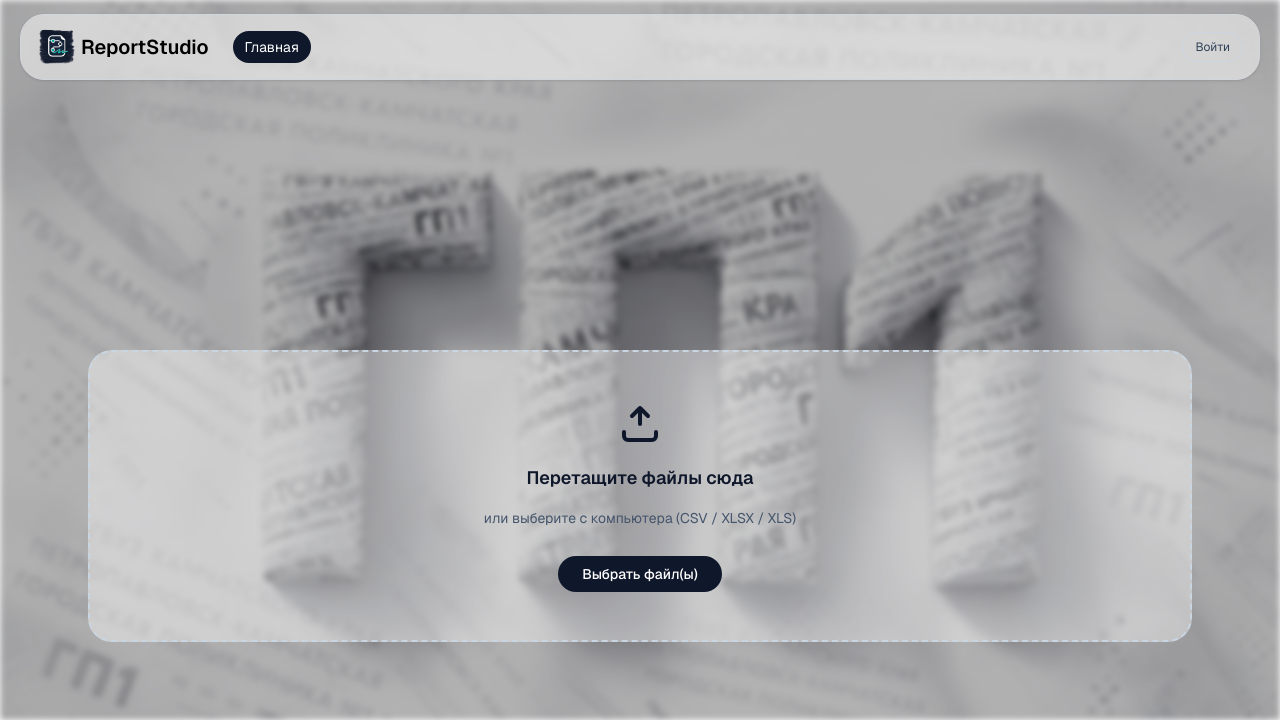
Repository: vladzap2423/report_studio_v2
Page: /
An editor plug-in stored every save of this project. The page is shown before and after the next save, followed by the edit.
The browser window is 1280 px wide. The pictures show the whole page.
The page's requests for data from a server got no answer. An inner scrolling area shows only its first screen. The project was rebuilt for these pictures with package versions that can differ from the ones it lists, and the page was loaded fresh each time. The framework's server and built-in components were replaced by stand-ins that run in the browser. No one was signed in, and anything a server would have sent is missing. Also part of the build but not shown: next.config.ts, src/app/components/AppToastViewport.tsx, src/app/components/ScriptsList.tsx.

Above is the page before, as saved 2026-04-17 09:53:40.

### src/app/layout.tsx
import type { Metadata } from "next";
import { Geist, Geist_Mono } from "next/font/google";
import "./globals.css"
import Header from "./components/Header";
import { AppToastProvider } from "./components/AppToastProvider";

const geistSans = Geist({
  variable: "--font-geist-sans",
  subsets: ["latin"],
});

const geistMono = Geist_Mono({
  variable: "--font-geist-mono",
  subsets: ["latin"],
});

export const metadata: Metadata = {
  title: "ГП1 Платформа",
  description: "Платформа ГП1",
};

export default function RootLayout({
  children,
}: Readonly<{
  children: React.ReactNode;
}>) {
  return (
    <html lang="ru">
      <body className={`${geistSans.variable} ${geistMono.variable} antialiased`}>
        <AppToastProvider>
          <div className="app-shell">
            <Header
              title="ReportStudio"
              links={[
                { label: "Главная", href: "/" },
                { label: "Задачи", href: "/tasks" },
                { label: "Админ", href: "/admin" },
              ]}
            />

            <main className="app-main-slot">
              <div className="app-main-frame app-page">{children}</div>
            </main>
          </div>
        </AppToastProvider>
      </body>
    </html>
  );
}

### src/app/page.tsx
"use client";
import { useState } from "react";
import DropZone from "./components/DropZone";
import ScriptsList from "./components/ScriptsList";

export default function HomePage() {
  const [files, setFiles] = useState<File[]>([]);
  const [showDrop, setShowDrop] = useState(true);

  const handleFilesPicked = (picked: File[]) => {
    setFiles(picked);
    setShowDrop(false);
  };

  const resetFiles = () => {
    setFiles([]);
    setShowDrop(true);
  };

  return (
      <div className="mx-auto max-w-6xl px-6 py-14 w-full">
        {showDrop ? (
          <DropZone onFilesPicked={handleFilesPicked} />
        ) : (
          <>
            <button onClick={resetFiles} className="mb-6 rounded-2xl bg-slate-900 px-5 py-3 text-white">
              Загрузить новый файл
            </button>
            <ScriptsList files={files} />
          </>
        )}
      </div>
  );
}

### src/app/globals.css
@import "tailwindcss";

:root {
  --background: #ffffff;
  --foreground: #171717;
  --app-max-width: 1400px;
  --app-main-max-width: 1680px;
  --app-gutter: 16px;
  --app-header-py: 12px;
  --app-content-py: 12px;
  color-scheme: light;
}

@theme inline {
  --color-background: var(--background);
  --color-foreground: var(--foreground);
  --font-sans: var(--font-geist-sans);
  --font-mono: var(--font-geist-mono);
}

html,
body {
  height: 100%;
}

body {
  margin: 0;
  background: var(--background);
  color: var(--foreground);
  font-family: var(--font-geist-sans), "Segoe UI", sans-serif;
  position: relative;
  overflow: hidden;
}

body::before {
  content: "";
  position: fixed;
  inset: 0;
  background-image: url("/fon.png");
  background-size: cover;
  background-position: center;
  background-repeat: no-repeat;
  filter: blur(3px) brightness(0.7);
  z-index: -1;
}

.app-shell {
  height: 100dvh;
  display: flex;
  flex-direction: column;
  overflow: hidden;
}

.app-frame {
  width: min(var(--app-max-width), calc(100% - (var(--app-gutter) * 2)));
  margin-inline: auto;
}

.app-main-frame {
  width: min(var(--app-main-max-width), calc(100% - (var(--app-gutter) * 2)));
  margin-inline: auto;
}

.app-header {
  flex: 0 0 auto;
  padding-block: var(--app-header-py);
}

.app-main-slot {
  flex: 1 1 auto;
  min-height: 0;
  padding-bottom: var(--app-content-py);
}

.app-page {
  height: 100%;
  overflow: auto;
}

@media (min-width: 1024px) {
  :root {
    --app-gutter: 20px;
    --app-header-py: 14px;
    --app-content-py: 14px;
  }
}

### src/app/components/Header.tsx
"use client";

import React, { useEffect, useMemo, useState } from "react";
import Link from "next/link";
import { usePathname } from "next/navigation";
import { hasRequiredRole, type UserRole } from "@/lib/roles";

type HeaderLink = {
  label: string;
  href: string;
};

type HeaderProps = {
  title?: string;
  links?: HeaderLink[];
};

type CurrentUser = {
  id: number;
  name: string;
  username: string;
  role: UserRole;
};

const Header: React.FC<HeaderProps> = ({ title = "ГП1 Платформа", links = [] }) => {
  const pathname = usePathname();
  const [user, setUser] = useState<CurrentUser | null>(null);

  useEffect(() => {
    let cancelled = false;

    const loadCurrentUser = async () => {
      try {
        const res = await fetch("/api/auth/me", { cache: "no-store" });
        if (!res.ok) return;
        const data = (await res.json()) as { user?: CurrentUser | null };
        if (!cancelled) {
          setUser(data.user || null);
        }
      } catch {
        // ignore
      }
    };

    if (pathname !== "/login") {
      loadCurrentUser();
    }

    return () => {
      cancelled = true;
    };
  }, [pathname]);

  const visibleLinks = useMemo(() => {
    return links.filter((link) => {
      if (link.href === "/admin") {
        return user ? hasRequiredRole(user.role, "admin") : false;
      }
      if (link.href === "/tasks") {
        return Boolean(user);
      }
      return true;
    });
  }, [links, user]);

  const handleLogout = async () => {
    try {
      await fetch("/api/auth/logout", { method: "POST" });
    } finally {
      window.location.href = "/login";
    }
  };

  return (
    <header className="app-header app-frame w-full">
      <div className="flex w-full items-center justify-between rounded-3xl border border-gray-300 bg-white/50 px-4 py-3 shadow-sm">
        <div className="flex items-center space-x-6">
          <div className="flex shrink-0 items-center gap-1">
            <img
              src="/icon.png"
              alt=""
              className="h-10 w-10"
            />
            <div className="text-xl font-semibold text-black">{title}</div>
          </div>

          <nav className="flex space-x-2">
            {visibleLinks.map((link) => {
              const isActive = pathname === link.href;
              return (
                <Link
                  key={link.href}
                  href={link.href}
                  className={`rounded-3xl px-3 py-1.5 text-sm transition-colors ${
                    isActive ? "bg-slate-900 text-white" : "text-black hover:bg-gray-100"
                  }`}
                >
                  {link.label}
                </Link>
              );
            })}
          </nav>
        </div>

        {user ? (
          <div className="flex items-center gap-3">
            <span className="rounded-full bg-slate-100 px-3 py-1 text-xs text-slate-700">
              {user.name} ({user.role})
            </span>
            <button
              type="button"
              onClick={handleLogout}
              className="rounded-2xl border border-slate-300 px-3 py-1.5 text-xs text-slate-700 hover:bg-slate-100"
            >
              Выйти
            </button>
          </div>
        ) : (
          <Link
            href="/login"
            className="rounded-2xl border border-slate-300 px-3 py-1.5 text-xs text-slate-700 hover:bg-slate-100"
          >
            Войти
          </Link>
        )}
      </div>
    </header>
  );
};

export default Header;

### src/app/components/AppToastProvider.tsx
"use client";

import {
  createContext,
  useCallback,
  useContext,
  useEffect,
  useMemo,
  useRef,
  useState,
  type ReactNode,
} from "react";
import AppToastViewport, { type AppToastItem, type AppToastTone } from "./AppToastViewport";

type AppToastOptions = {
  duration?: number;
  tone?: AppToastTone;
};

type AppToastContextValue = {
  dismissToast: (id: string) => void;
  pushToast: (message: string, options?: AppToastOptions) => void;
  showError: (message: string, duration?: number) => void;
  showInfo: (message: string, duration?: number) => void;
  showSuccess: (message: string, duration?: number) => void;
};

type ToastSyncOptions = {
  error?: string | null;
  errorDuration?: number;
  clearError?: () => void;
  message?: string | null;
  messageDuration?: number;
  messageTone?: AppToastTone;
  clearMessage?: () => void;
};

const AppToastContext = createContext<AppToastContextValue | null>(null);

function getDefaultDuration(tone: AppToastTone) {
  return tone === "error" ? 5200 : 3200;
}

export function AppToastProvider({ children }: { children: ReactNode }) {
  const [items, setItems] = useState<AppToastItem[]>([]);
  const nextIdRef = useRef(1);
  const timeoutsRef = useRef<Map<string, number>>(new Map());
  const lastToastRef = useRef<{ at: number; message: string; tone: AppToastTone } | null>(null);

  const dismissToast = useCallback((id: string) => {
    const timeoutId = timeoutsRef.current.get(id);
    if (timeoutId) {
      window.clearTimeout(timeoutId);
      timeoutsRef.current.delete(id);
    }

    setItems((prev) => prev.filter((item) => item.id !== id));
  }, []);

  const pushToast = useCallback(
    (message: string, options?: AppToastOptions) => {
      const normalized = message.trim();
      if (!normalized) return;

      const tone = options?.tone ?? "info";
      const now = Date.now();
      const lastToast = lastToastRef.current;

      if (
        lastToast &&
        lastToast.message === normalized &&
        lastToast.tone === tone &&
        now - lastToast.at < 300
      ) {
        return;
      }

      lastToastRef.current = { at: now, message: normalized, tone };

      const id = `toast:${nextIdRef.current++}`;
      setItems((prev) => [
        ...prev.slice(-3),
        {
          id,
          tone,
          message: normalized,
          onClose: () => dismissToast(id),
        },
      ]);

      const timeoutId = window.setTimeout(
        () => dismissToast(id),
        options?.duration ?? getDefaultDuration(tone)
      );
      timeoutsRef.current.set(id, timeoutId);
    },
    [dismissToast]
  );

  useEffect(() => {
    return () => {
      timeoutsRef.current.forEach((timeoutId) => window.clearTimeout(timeoutId));
      timeoutsRef.current.clear();
    };
  }, []);

  const value = useMemo<AppToastContextValue>(
    () => ({
      dismissToast,
      pushToast,
      showError: (message, duration) => pushToast(message, { tone: "error", duration }),
      showInfo: (message, duration) => pushToast(message, { tone: "info", duration }),
      showSuccess: (message, duration) => pushToast(message, { tone: "success", duration }),
    }),
    [dismissToast, pushToast]
  );

  return (
    <AppToastContext.Provider value={value}>
      {children}
      <AppToastViewport items={items} />
    </AppToastContext.Provider>
  );
}

export function useAppToast() {
  const context = useContext(AppToastContext);
  if (!context) {
    throw new Error("useAppToast must be used within AppToastProvider");
  }
  return context;
}

export function useToastSync({
  error,
  errorDuration,
  clearError,
  message,
  messageDuration,
  messageTone = "success",
  clearMessage,
}: ToastSyncOptions) {
  const { pushToast } = useAppToast();
  const handledMessageRef = useRef<string | null>(null);
  const handledErrorRef = useRef<string | null>(null);

  useEffect(() => {
    if (!message) {
      handledMessageRef.current = null;
      return;
    }

    if (handledMessageRef.current === message) return;
    handledMessageRef.current = message;
    pushToast(message, { tone: messageTone, duration: messageDuration });
    clearMessage?.();
  }, [clearMessage, message, messageDuration, messageTone, pushToast]);

  useEffect(() => {
    if (!error) {
      handledErrorRef.current = null;
      return;
    }

    if (handledErrorRef.current === error) return;
    handledErrorRef.current = error;
    pushToast(error, { tone: "error", duration: errorDuration });
    clearError?.();
  }, [clearError, error, errorDuration, pushToast]);
}

### src/app/components/DropZone.tsx
"use client";

import { useRef, useState, DragEvent, ChangeEvent, useCallback } from "react";

type DropZoneProps = {
  accept?: string;
  onFilesPicked: (files: File[]) => void;
};

export default function DropZone({ accept = ".csv,.xlsx,.xls", onFilesPicked }: DropZoneProps) {
  const dragDepth = useRef(0);
  const inputRef = useRef<HTMLInputElement | null>(null);

  const [isDragging, setIsDragging] = useState(false);
  const [error, setError] = useState<string | null>(null);
  const [files, setFiles] = useState<File[]>([]);

  const validateFiles = useCallback((picked: File[]) => {
    if (!picked.length) return "Файл не выбран";
    const bad = picked.find(f => ![".csv", ".xlsx", ".xls"].some(ext => f.name.toLowerCase().endsWith(ext)));
    if (bad) return `Файл "${bad.name}" не поддерживается. Разрешены CSV / XLSX / XLS.`;

    const total = picked.reduce((s, f) => s + f.size, 0);
    if (total > 200 * 1024 * 1024) return "Слишком большой объём. Максимум 200MB.";
    return null;
  }, []);

  const handlePicked = useCallback((picked: File[]) => {
    const err = validateFiles(picked);
    if (err) {
      setError(err);
      setFiles([]);
      return;
    }
    setError(null);
    setFiles(picked);
    onFilesPicked(picked);
  }, [onFilesPicked, validateFiles]);

  const onPickClick = () => inputRef.current?.click();

  const onDrop = (e: DragEvent<HTMLDivElement>) => {
    e.preventDefault();
    dragDepth.current = 0;
    setIsDragging(false);
    const picked = Array.from(e.dataTransfer.files || []);
    if (!picked.length) return;
    handlePicked(picked);
  };

  return (
    <div className="flex flex-col gap-6 py-50">
      <div
        onDragEnter={e => { e.preventDefault(); dragDepth.current += 1; setIsDragging(true); }}
        onDragOver={e => e.preventDefault()}
        onDragLeave={e => { e.preventDefault(); dragDepth.current -= 1; if (dragDepth.current <= 0) setIsDragging(false); }}
        onDrop={onDrop}
        className={`
    relative flex flex-col items-center justify-center gap-4 rounded-3xl border-2 border-dashed p-12 transition-all duration-300
    ${isDragging ? "border-emerald-400 bg-white/20 shadow-lg" : "border-slate-300 bg-white/40 hover:border-slate-400 hover:shadow-md"}
  `}
      >
        <svg className="w-12 h-12 text-slate-900" fill="none" stroke="currentColor" viewBox="0 0 24 24">
          <path strokeWidth={2} strokeLinecap="round" strokeLinejoin="round" d="M4 16v2a2 2 0 002 2h12a2 2 0 002-2v-2M12 12v-8m0 0L8 8m4-4l4 4" />
        </svg>
        <p className="text-lg font-semibold text-slate-900">Перетащите файлы сюда</p>
        <p className="text-sm text-slate-600">или выберите с компьютера (CSV / XLSX / XLS)</p>

        <button
          type="button"
          onClick={onPickClick}
          className="mt-3 rounded-full bg-slate-900 px-6 py-2 text-white text-sm font-medium hover:bg-slate-800 active:bg-slate-900"
        >
          Выбрать файл(ы)
        </button>

        <input
          ref={inputRef}
          type="file"
          accept={accept}
          multiple
          className="hidden"
          onChange={(e: ChangeEvent<HTMLInputElement>) => {
            const picked = Array.from(e.target.files || []);
            if (!picked.length) return;
            handlePicked(picked);
          }}
        />
      </div>

      {error && (
        <div className="rounded-lg border border-rose-200 bg-rose-50 px-4 py-3 text-sm text-rose-700">
          {error}
        </div>
      )}

      {files.length > 0 && (
        <div className="flex flex-col gap-2 mt-4">
          {files.map((f, idx) => (
            <div
              key={idx}
              className="flex items-center justify-between rounded-xl border border-slate-200 bg-slate-50 px-4 py-2 text-sm text-slate-700"
            >
              <span className="font-medium">{f.name}</span>
              <span className="text-xs text-slate-500">{(f.size / 1024 / 1024).toFixed(2)} MB</span>
            </div>
          ))}
        </div>
      )}
    </div>
  );
}

### src/lib/roles.ts
export type UserRole = "user" | "admin" | "god";

const ROLE_PRIORITY: Record<UserRole, number> = {
  user: 1,
  admin: 2,
  god: 3,
};

export function hasRequiredRole(role: UserRole, required: UserRole): boolean {
  return ROLE_PRIORITY[role] >= ROLE_PRIORITY[required];
}

After the next save:
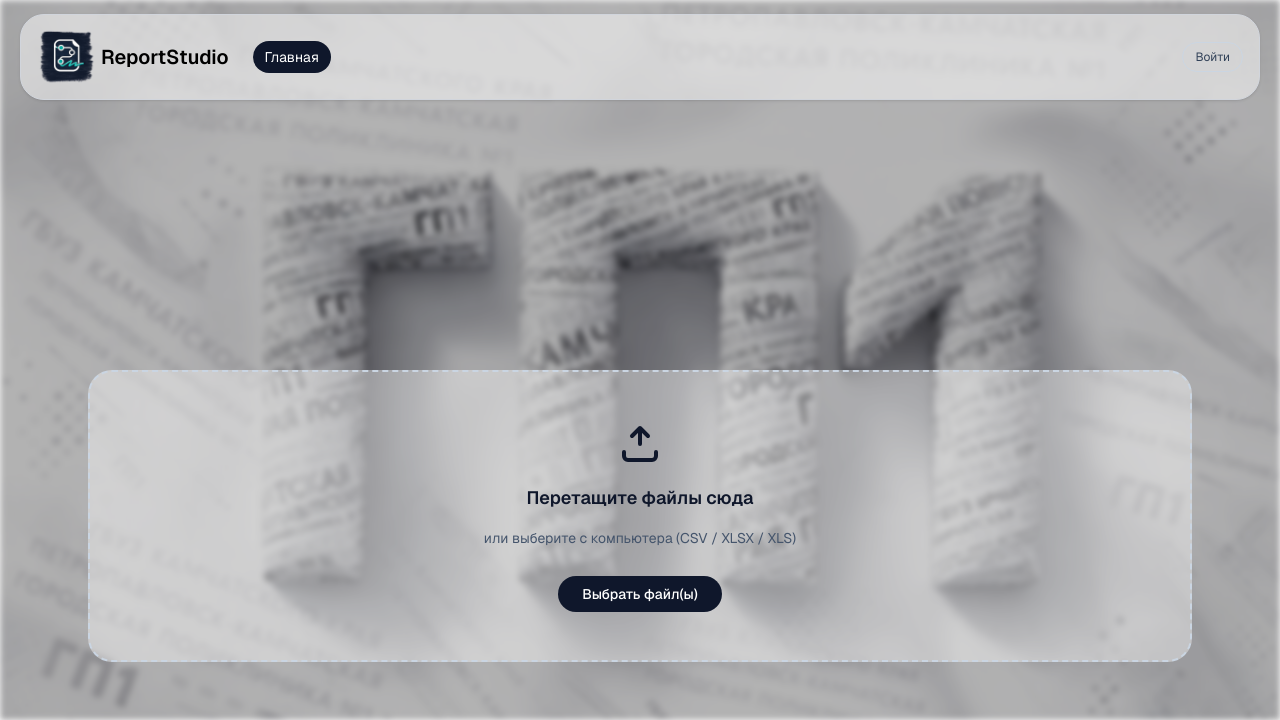
Saved 5 s later.
--- a/src/app/components/Header.tsx
+++ b/src/app/components/Header.tsx
@@ -79,7 +79,7 @@
             <img
               src="/icon.png"
               alt=""
-              className="h-10 w-10"
+              className="h-15 w-15"
             />
             <div className="text-xl font-semibold text-black">{title}</div>
           </div>

After the save that followed:
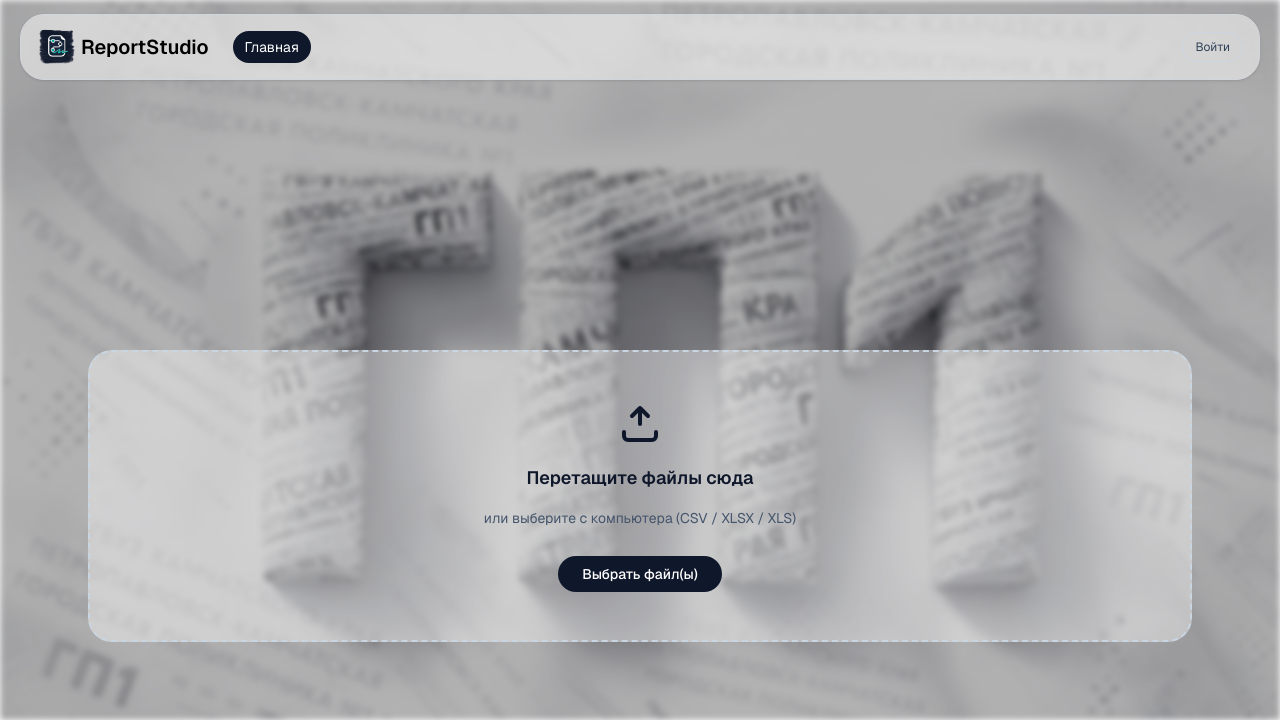
Saved 12 s later.
--- a/src/app/components/Header.tsx
+++ b/src/app/components/Header.tsx
@@ -79,7 +79,7 @@
             <img
               src="/icon.png"
               alt=""
-              className="h-15 w-15"
+              className="h-10 w-10"
             />
             <div className="text-xl font-semibold text-black">{title}</div>
           </div>
